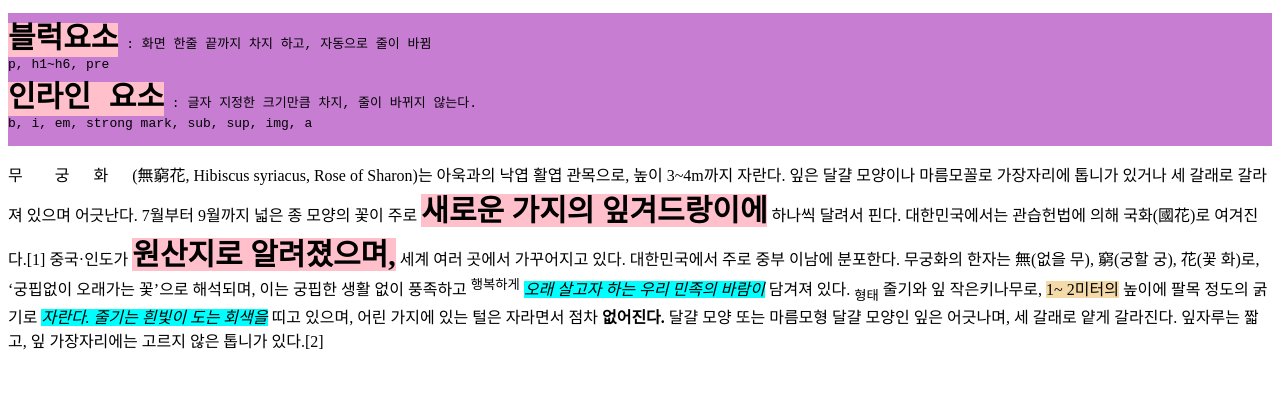
Repository: sH1222J/SH_DDit_WEB_study
Page: workspace/webpro/src/main/webapp/0304/텍스트서식.html
The author's editor kept a copy of each file at every save. The page is drawn from the files as they stood at one save, then again after the next save.
The browser window is 1280 px wide. The pictures show the whole page.

Above is the page before, as saved 2025-03-04 03:45:18.

After the next save:
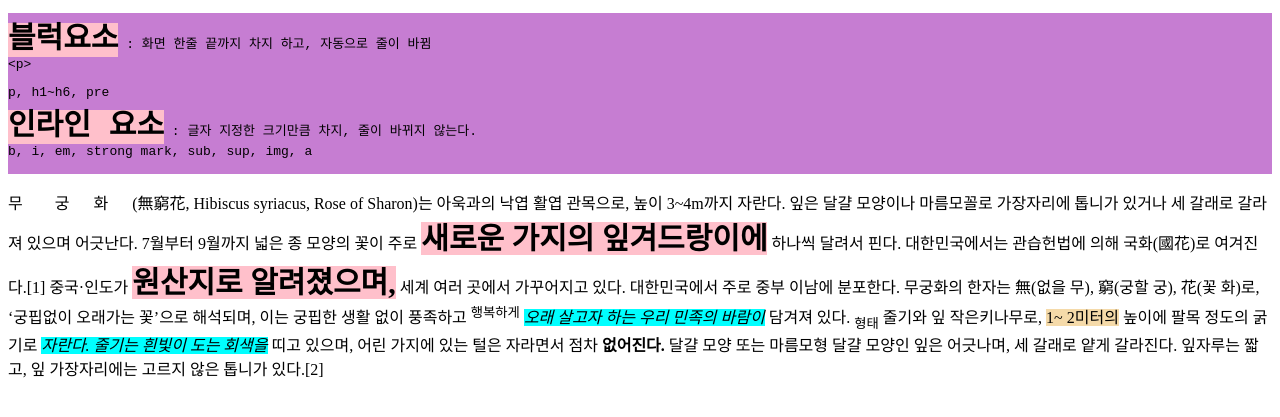
Saved 2 min 55 s later.
--- a/workspace/webpro/src/main/webapp/0304/텍스트서식.html
+++ b/workspace/webpro/src/main/webapp/0304/텍스트서식.html
@@ -33,7 +33,7 @@ span {
 
 	<pre>
 <b>블럭요소</b> : 화면 한줄 끝까지 차지 하고, 자동으로 줄이 바뀜
-p, h1~h6, pre
+&lt;p></p>p, h1~h6, pre
 <b>인라인 요소</b> : 글자 지정한 크기만큼 차지, 줄이 바뀌지 않는다.
 b, i, em, strong mark, sub, sup, img, a
 
